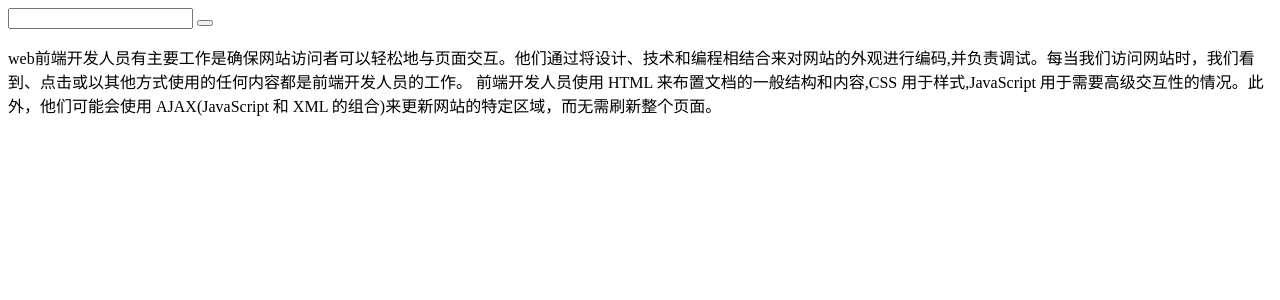
Repository: fox-summer/css-
Page: 百度新闻页面内容搜索.html
An editor plug-in stored every save of this project. The page is shown before and after the next save, followed by the edit.
The browser window is 1280 px wide. The pictures show the whole page.

Above is the page before, as saved 2022-05-28 22:45:47.

### 百度新闻页面内容搜索.html
<!DOCTYPE html>
<html lang="en">
  <head>
    <meta charset="UTF-8" />
    <meta http-equiv="X-UA-Compatible" content="IE=edge" />
    <meta name="viewport" content="width=device-width, initial-scale=1.0" />
    <title>Document</title>
  </head>
  <body>
    <input type="text" id="myinput" />
    <button id="mybtn"></button>
    <p>
      web前端开发人员有主要工作是确保网站访问者可以轻松地与页面交互。他们通过将设计、技术和编程相结合来对网站的外观进行编码,并负责调试。每当我们访问网站时，我们看到、点击或以其他方式使用的任何内容都是前端开发人员的工作。
      前端开发人员使用 HTML 来布置文档的一般结构和内容,CSS 用于样式,JavaScript
      用于需要高级交互性的情况。此外，他们可能会使用 AJAX(JavaScript 和 XML
      的组合)来更新网站的特定区域，而无需刷新整个页面。
    </p>
  </body>
</html>

After the next save:
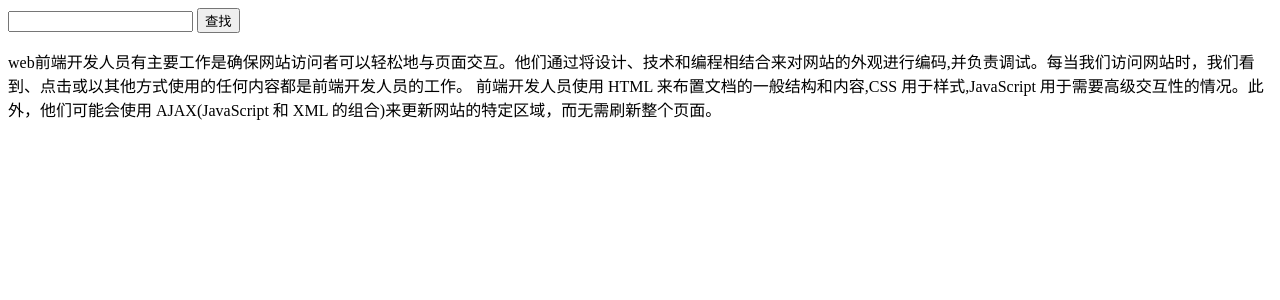
Saved 19 s later.
--- a/百度新闻页面内容搜索.html
+++ b/百度新闻页面内容搜索.html
@@ -8,7 +8,7 @@
   </head>
   <body>
     <input type="text" id="myinput" />
-    <button id="mybtn"></button>
+    <button id="mybtn">查找</button>
     <p>
       web前端开发人员有主要工作是确保网站访问者可以轻松地与页面交互。他们通过将设计、技术和编程相结合来对网站的外观进行编码,并负责调试。每当我们访问网站时，我们看到、点击或以其他方式使用的任何内容都是前端开发人员的工作。
       前端开发人员使用 HTML 来布置文档的一般结构和内容,CSS 用于样式,JavaScript
